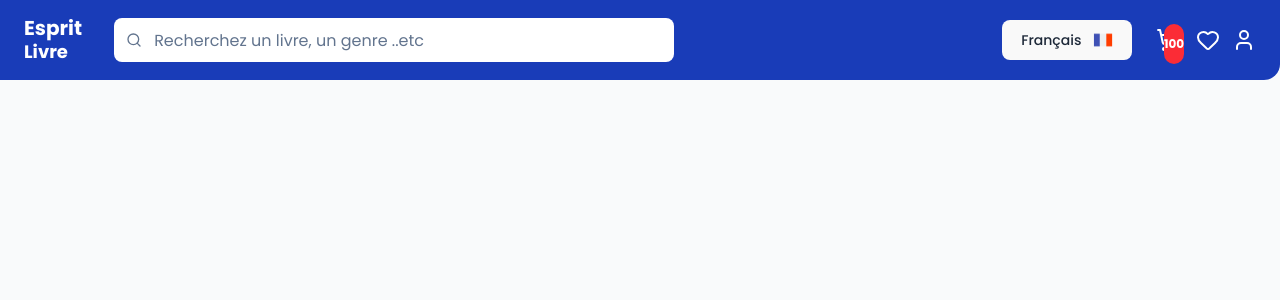
Repository: oussamabenberkane/esprit-livre-front
Page: /
The author's editor kept a copy of each file at every save. The page is drawn from the files as they stood at one save, then again after the next save.
The browser window is 1280 px wide. The pictures show the whole page.
The project was rebuilt for these pictures with package versions that can differ from the ones it lists, and the page was loaded fresh each time. Also part of the build but not shown: vite.config.js.

Above is the page before, as saved 2025-09-25 20:54:42.

After the next save:
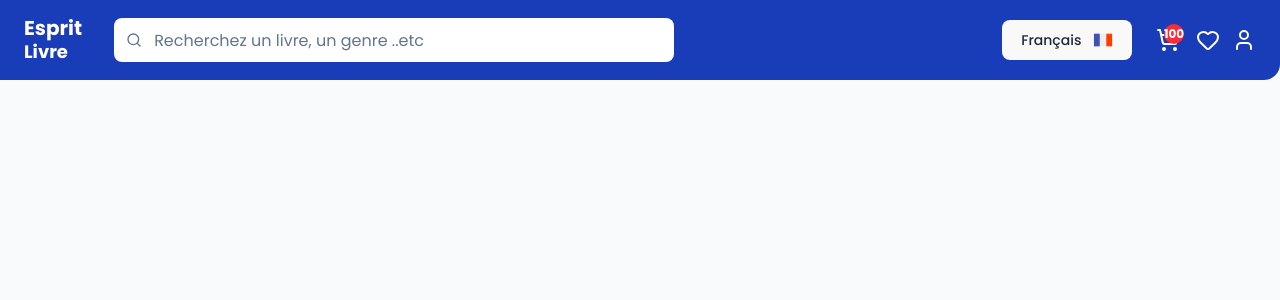
Saved 4 s later.
--- a/src/components/common/Navbar.jsx
+++ b/src/components/common/Navbar.jsx
@@ -34,7 +34,7 @@ const UserActions = ({ cartCount = 0, onCartClick, onFavoritesClick, onUserClick
                 <ShoppingCart className="w-full h-full" />
             </div>
             {cartCount > 0 && (
-                <div className="absolute -top-1 -right-1 w-5 h-10 bg-red-500 rounded-full flex items-center justify-center">
+                <div className="absolute -top-1 -right-1 w-5 h-5 bg-red-500 rounded-full flex items-center justify-center">
                     <span className="text-xs text-white font-black leading-none">{cartCount}</span>
                 </div>
             )}
